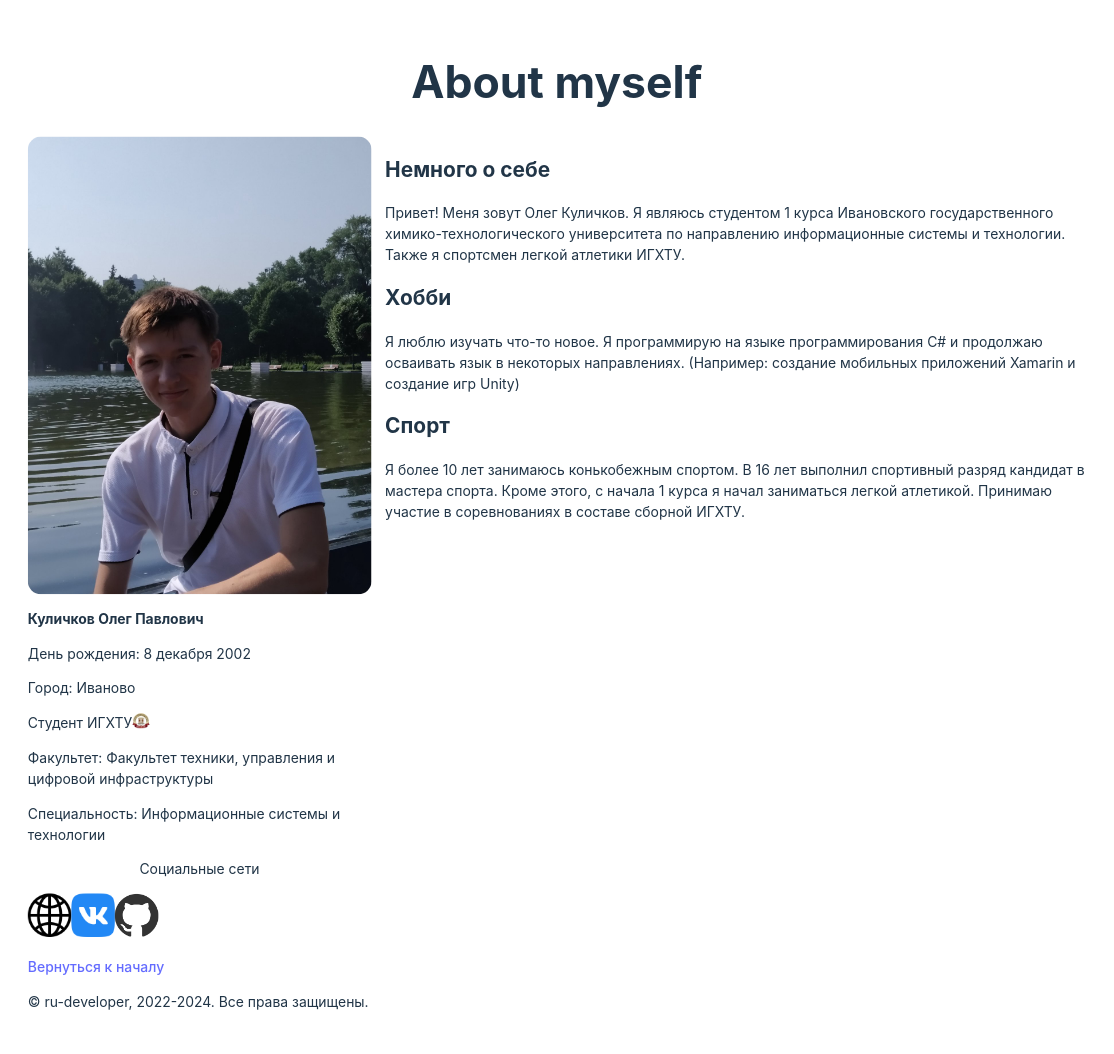
Repository: HubOl01/my_profile
Page: /
The author's editor kept a copy of each file at every save. The page is drawn from the files as they stood at one save, then again after the next save.
The browser window is 1280 px wide. The pictures show the whole page, at 87% of full size.
The project was rebuilt for these pictures with package versions that can differ from the ones it lists, and the page was loaded fresh each time. Also part of the build but not shown: vite.config.ts.

Above is the page before, as saved 2024-03-06 08:42:15.

After the next save:
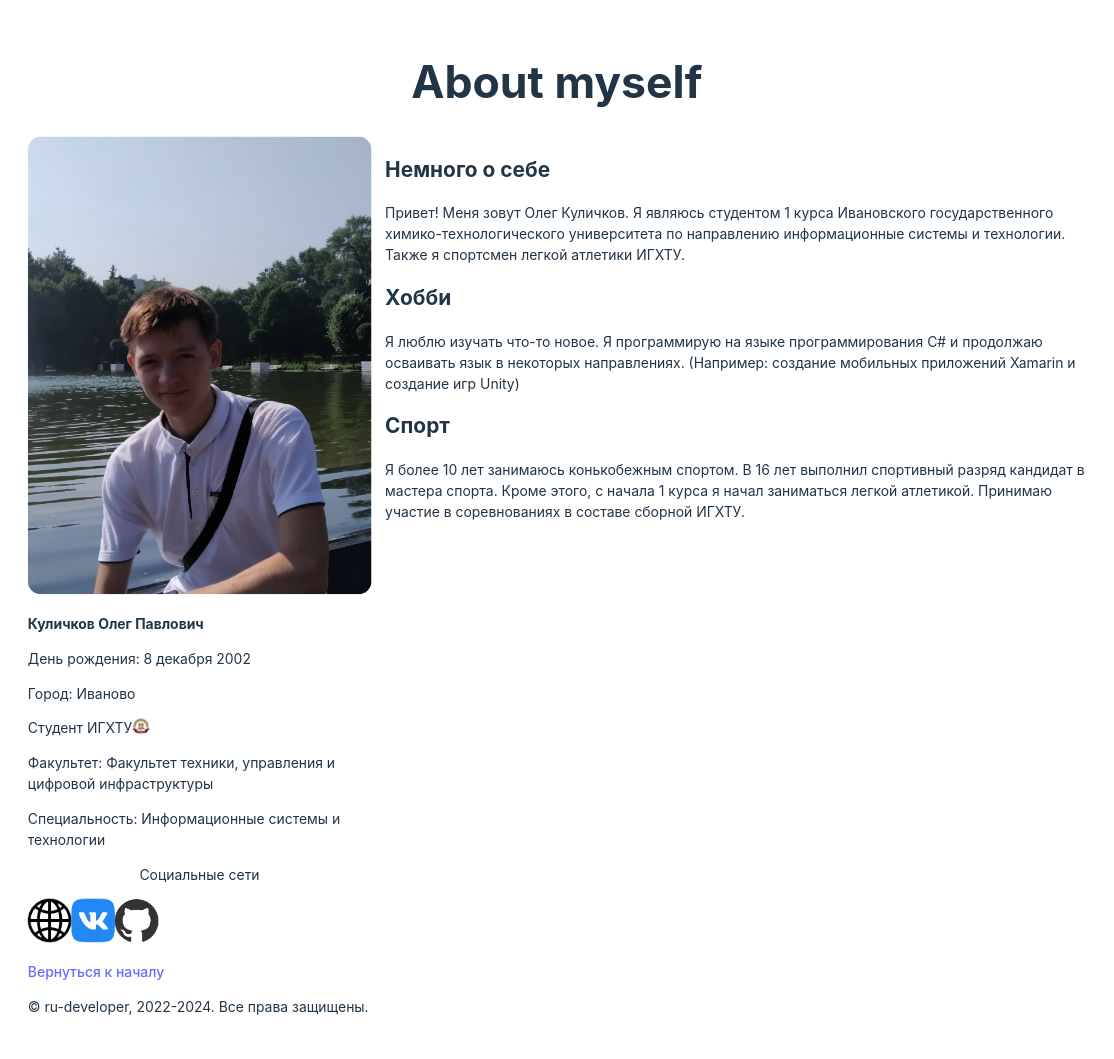
Saved 4 s later.
--- a/src/components/left/LeftBar.tsx
+++ b/src/components/left/LeftBar.tsx
@@ -15,7 +15,7 @@
             src={about}
             style={{
               borderRadius: '15px',
-              display: 'flex',
+              // display: 'flex',
               width: "100%",
             }}
             data-holder-rendered="true"

After the 5 saves that followed:
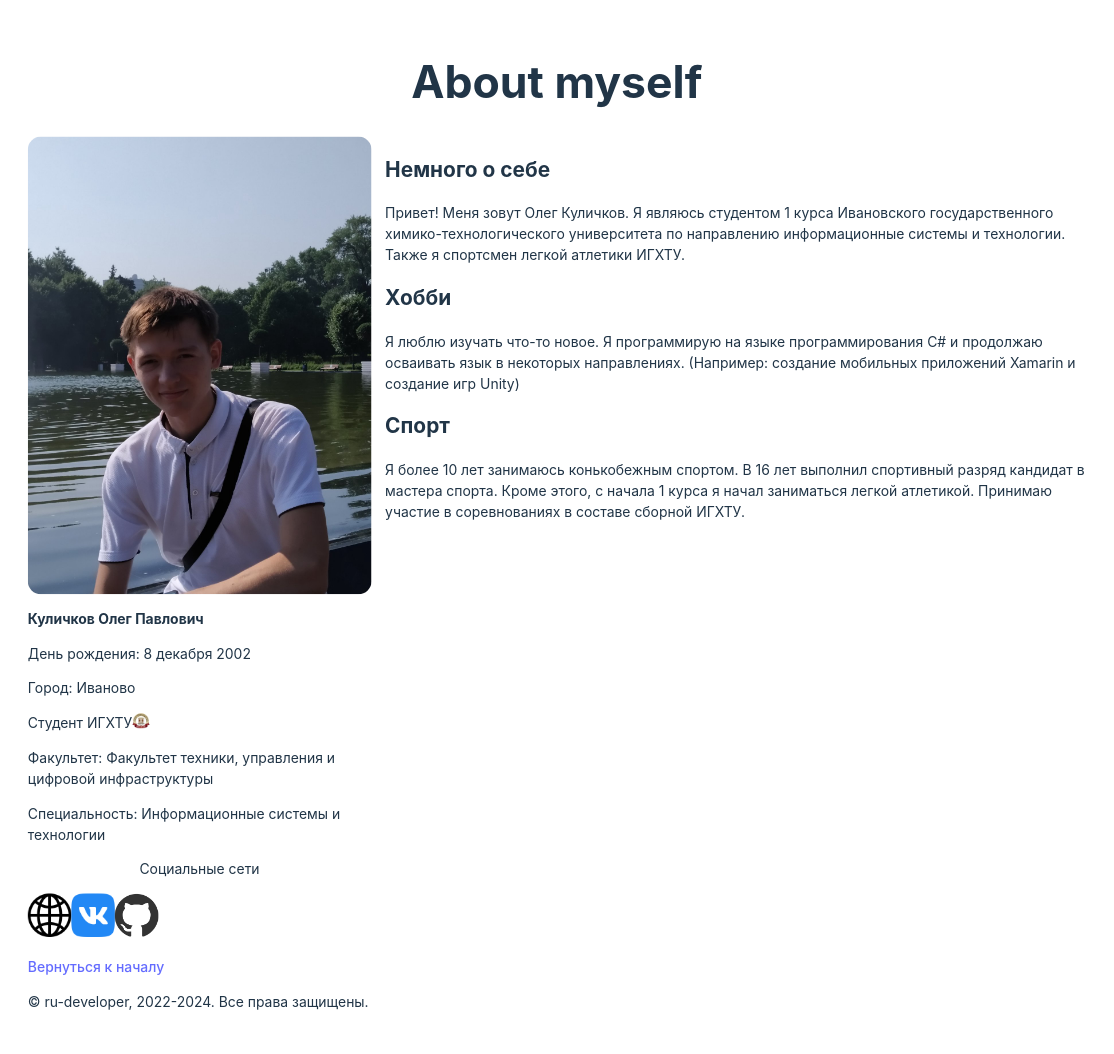
The 5 saves are shown as one change because they came seconds apart.
The last was saved 8 s later.
--- a/src/components/left/LeftBar.tsx
+++ b/src/components/left/LeftBar.tsx
@@ -15,7 +15,7 @@
             src={about}
             style={{
               borderRadius: '15px',
-              // display: 'flex',
+              display: 'flex',
               width: "100%",
             }}
             data-holder-rendered="true"
